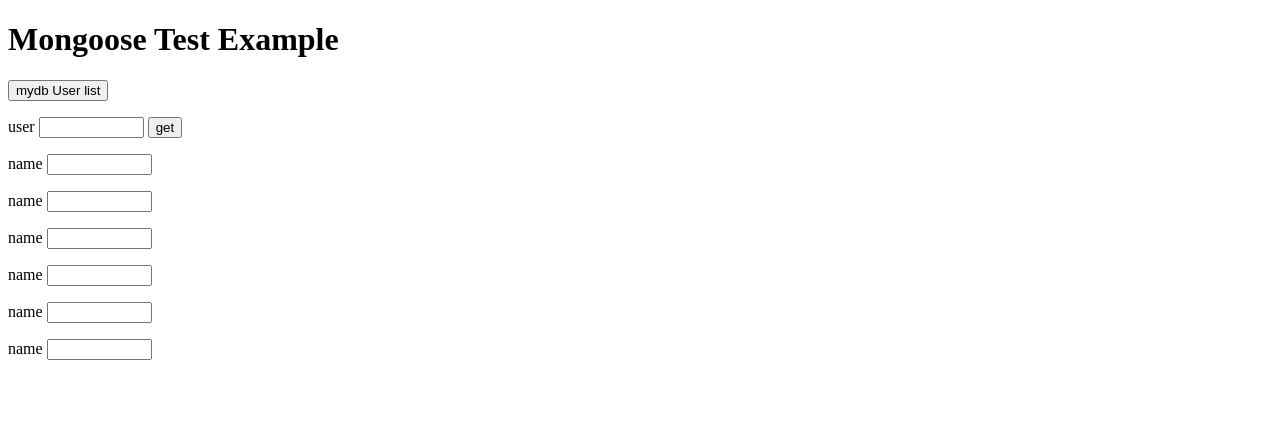
Repository: impelfin/anew
Page: http://localhost/
The author's editor kept a record of every edit. The page is drawn from the files as they stood at one moment, then again after the next edit.
The browser window is 1280 px wide. The pictures show the whole page.
The page is served by the project's Node server (node/mongos/app.js).

Above is the page before.

After the next edit:
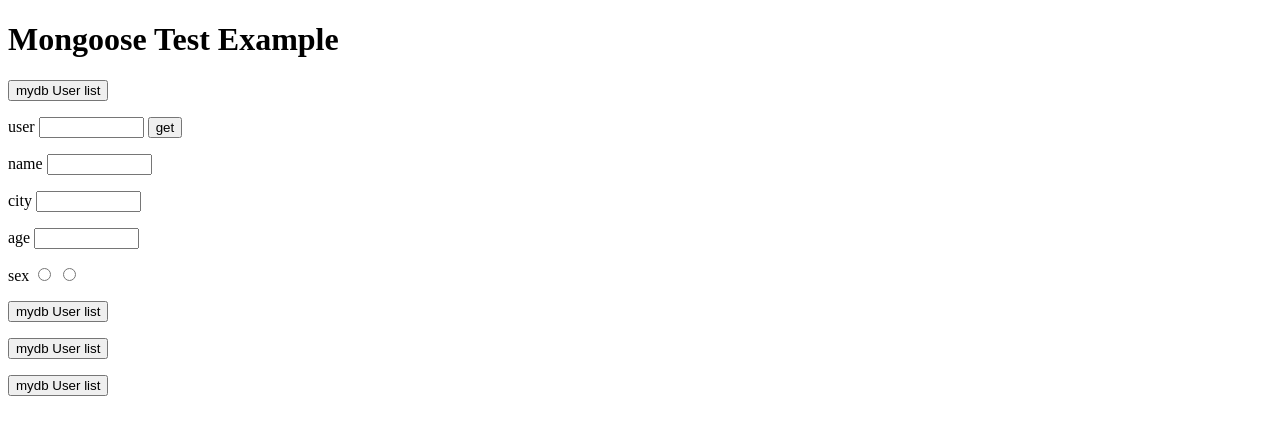
The edit:
--- a/node/mongos/views/index.html
+++ b/node/mongos/views/index.html
@@ -11,11 +11,13 @@
         user <input type='text' size='10' name='userid'>
         <input type='button' value="get" onclick='location.href="/get?input="+document.mongoform.userid.value'><p>
         name <input type='text' size='10' name='name'><p>
-        name <input type='text' size='10' name='name'><p>
-        name <input type='text' size='10' name='name'><p>
-        name <input type='text' size='10' name='name'><p>
-        name <input type='text' size='10' name='name'><p>
-        name <input type='text' size='10' name='name'><p>
+        city <input type='text' size='10' name='name'><p>
+        age <input type='text' size='10' name='name'><p>
+        sex <input type='radio' name='sex' value='male'>
+            <input type='radio' name='sex' value='female'><p>
+        <input type='button' value="mydb User list" onclick='location.href="/list"'><p>
+        <input type='button' value="mydb User list" onclick='location.href="/list"'><p>
+        <input type='button' value="mydb User list" onclick='location.href="/list"'><p>
     </form>
 </body>
 </html>
